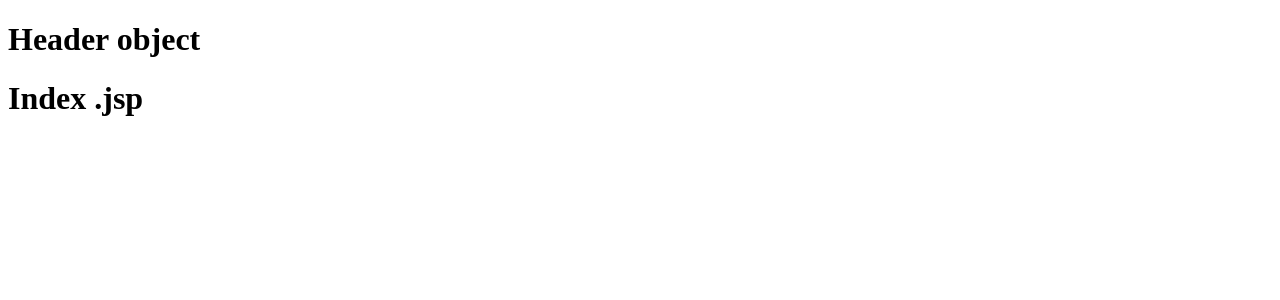
Repository: ScorpionHell7/ServletProjects
Page: http://localhost/AttribuesExample/
These files come from the project's save history. The page is drawn as it stood at one moment and after the next save; the edit follows.
The browser window is 1280 px wide. The pictures show the whole page.
The page is served by Tomcat 10. Other server files are loaded and not shown.

Above is the page before, as saved 2024-05-05 09:24:22.

### Servlet_workspace/AttribuesExample/src/main/webapp/index.jsp
<%@ page language="java" contentType="text/html; charset=ISO-8859-1"
    pageEncoding="ISO-8859-1"%>

<!DOCTYPE html>
<html>
<%@ include file="header.jsp"%>
<head>
<meta charset="ISO-8859-1">
<title>Insert title here</title>
</head>
<body>
	<h1>Index .jsp</h1>
</body>
</html>

### Servlet_workspace/AttribuesExample/src/main/webapp/header.jsp
<h1>Header object</h1>

After the next save:
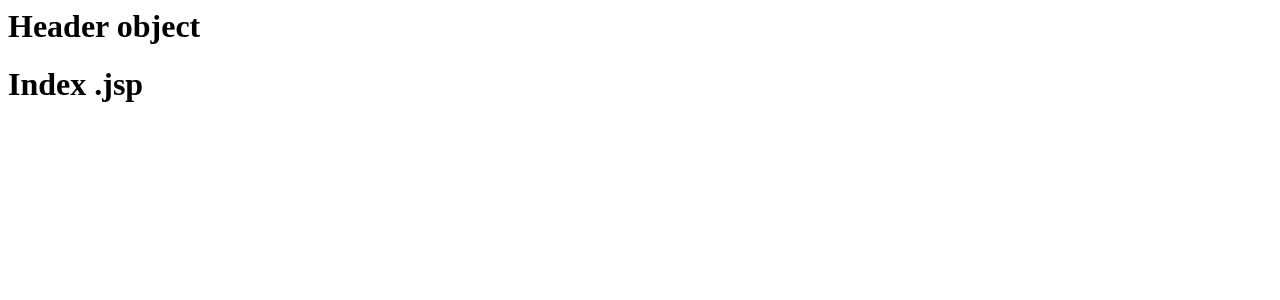
Saved 21 s later.
--- a/Servlet_workspace/AttribuesExample/src/main/webapp/index.jsp
+++ b/Servlet_workspace/AttribuesExample/src/main/webapp/index.jsp
@@ -1,9 +1,9 @@
 <%@ page language="java" contentType="text/html; charset=ISO-8859-1"
     pageEncoding="ISO-8859-1"%>
-
+<%@ include file="header.jsp"%>
 <!DOCTYPE html>
 <html>
-<%@ include file="header.jsp"%>
+
 <head>
 <meta charset="ISO-8859-1">
 <title>Insert title here</title>
